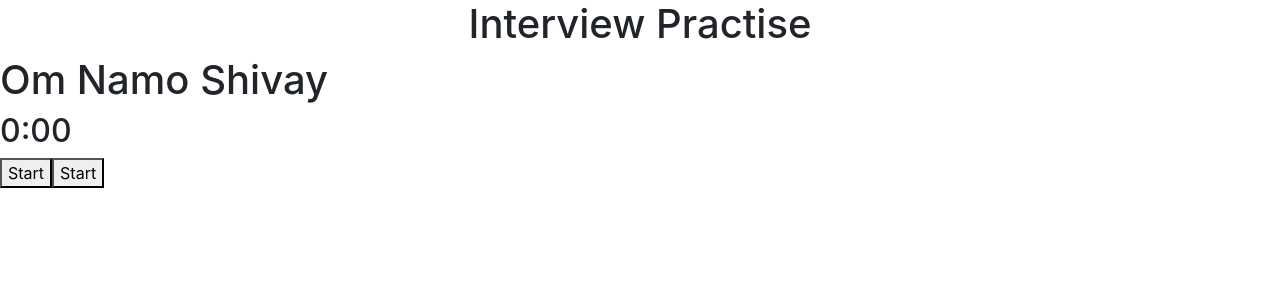
Repository: punitbathija/Machine-Round-React
Page: /
These files come from the project's save history. The page is drawn as it stood at one moment and after the next save; the edit follows.
The browser window is 1280 px wide. The pictures show the whole page.
The project was rebuilt for these pictures with package versions that can differ from the ones it lists, and the page was loaded fresh each time. Also part of the build but not shown: src/components/counter.jsx, src/components/ProgressBar.js, src/components/CurrencyCoverter.js, src/components/TempratureConveter.js.

Above is the page before, as saved 2023-06-02 13:38:24.

### src/index.js
import React from "react";
import ReactDOM from "react-dom/client";
import Counter from "./components/counter";
import "./index.css";
import ProgressBar from "./components/ProgressBar";
import CurrencyCoverter from "./components/CurrencyCoverter";
import TempratureConveter from "./components/TempratureConveter";
// import Tc from "./components/Tc";
import Stopwatch from "./components/stopwatch";
// import FetchApi from "./components/FetchApi";

const root = ReactDOM.createRoot(document.getElementById("root"));
root.render(
  <>
    <h1 className="text-center">Interview Practise</h1>
    {/* <Counter /> */}
    {/* <FetchApi /> */}
    {/* <ProgressBar /> */}
    {/* <CurrencyCoverter /> */}
    {/* <TempratureConveter /> */}
    {/* <Tc /> */}
    <Stopwatch />
  </>
);

### src/components/stopwatch.js
import React, { useState } from "react";

const Stopwatch = () => {
  const [time, setTime] = useState(null);

  const handleStart = () => {
    //
  };

  const handleStop = () => {
    //
  };

  return (
    <div>
      <h1>Om Namo Shivay</h1>
      <h2>0:00</h2>
      <button onClick={handleStart}>Start</button>
      <button onClick={handleStop}>Start</button>
    </div>
  );
};

export default Stopwatch;

### src/components/Stopwatch.js
import React, { useRef, useState } from "react";

const Stopwatch = () => {
  const [time, setTime] = useState(null);
  const [now, setNow] = useState(null);
  const timeRef = useRef(null);

  const handleStart = () => {
    setTime(Date.now());
    setNow(Date.now());
    timeRef.current = setInterval(() => {
      setTime(Date.now());
    }, 10);
  };

  const handleStop = () => {
    clearInterval(timeRef.current);
  };

  const actualTime = (time - now).toFixed(3) / 1000;

  return (
    <div style={{ textAlign: "center" }}>
      <h1>Om Namo Shivay</h1>
      <h2>{actualTime}</h2>
      <button onClick={handleStart}>Start</button>
      <button onClick={handleStop}>Stop</button>
    </div>
  );
};

export default Stopwatch;

Loaded but not shown: public/index.html (common file); src/index.css (common file)

After the next save:
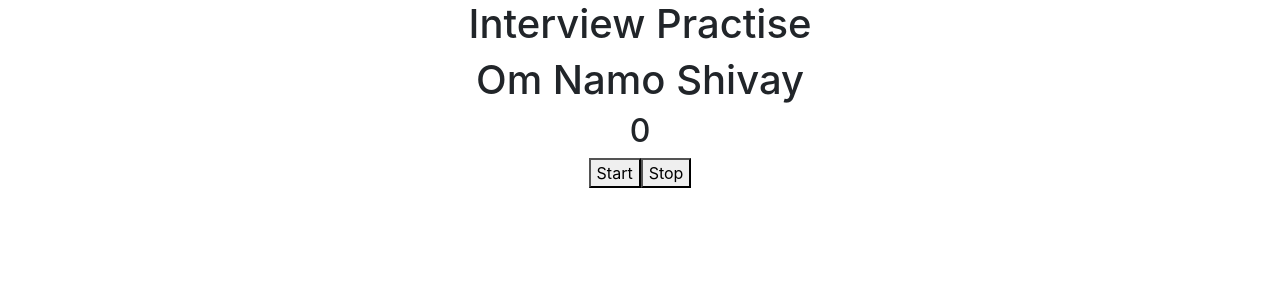
Saved 106 s later.
--- a/src/index.js
+++ b/src/index.js
@@ -6,7 +6,7 @@ import ProgressBar from "./components/ProgressBar";
 import CurrencyCoverter from "./components/CurrencyCoverter";
 import TempratureConveter from "./components/TempratureConveter";
 // import Tc from "./components/Tc";
-import Stopwatch from "./components/stopwatch";
+import Stopwatch from "./components/Stopwatch";
 // import FetchApi from "./components/FetchApi";
 
 const root = ReactDOM.createRoot(document.getElementById("root"));
